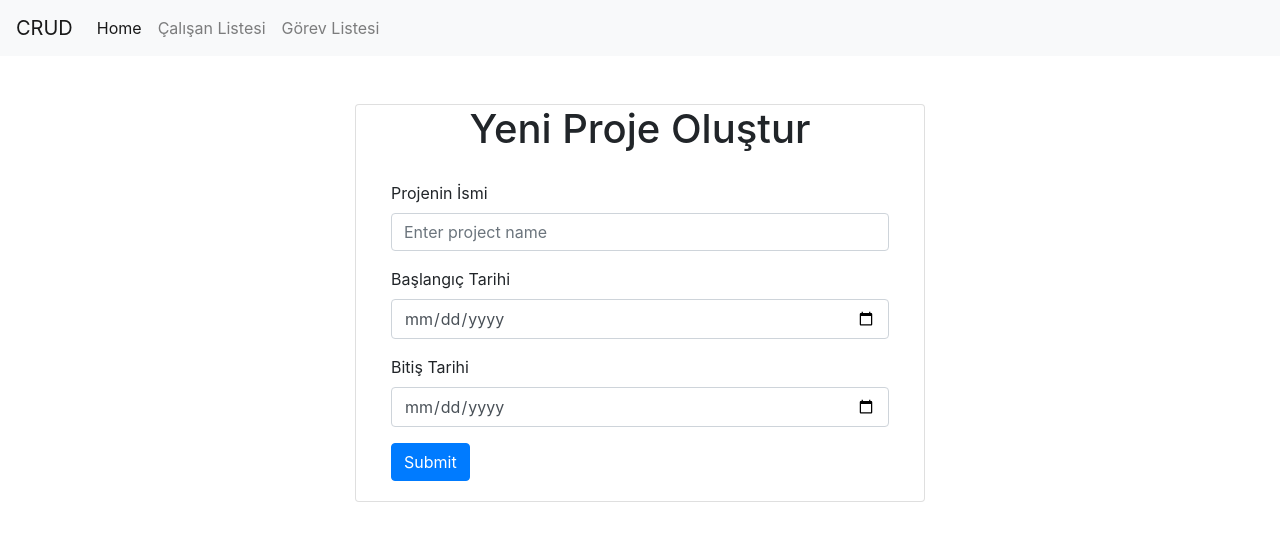
Repository: AhmetOzgul/veri_Taban-_proje
Page: http://localhost/create_project
An editor plug-in stored every save of this project. The page is shown before and after the next save, followed by the edit.
The browser window is 1280 px wide. The pictures show the whole page.
The page is this project's Thymeleaf template; nobody is signed in. The template is opened directly, without the code that normally fills it, so the values that code supplies are empty.

Above is the page before, as saved 2024-01-18 10:53:02.

### vtys2/vtys/src/main/resources/templates/create_project.html
<!DOCTYPE html>
<html lang="en" xmlns:th="http://www.thymeleaf.org">
<head>
    <meta charset="UTF-8">
    <meta name="viewport" content="width=device-width, initial-scale=1.0">
    <title>project Managements</title>
    <link rel="stylesheet" href="https://cdn.jsdelivr.net/npm/bootstrap@4.0.0/dist/css/bootstrap.min.css" integrity="sha384-Gn5384xqQ1aoWXA+058RXPxPg6fy4IWvTNh0E263XmFcJlSAwiGgFAW/dAiS6JXm" crossorigin="anonymous">
</head>
<body>
	<nav class="navbar navbar-expand-lg navbar-light bg-light">
		<a class="navbar-brand" href="#">CRUD</a>
		<button class="navbar-toggler" type="button" data-toggle="collapse" data-target="#navbarNav" aria-controls="navbarNav" aria-expanded="false" aria-label="Toggle navigation">
		  <span class="navbar-toggler-icon"></span>
		</button>
		<div class="collapse navbar-collapse" id="navbarNav">
		  <ul class="navbar-nav">
			<li class="nav-item active">
			  <a class="nav-link" href="/">Home<span class="sr-only">(current)</span></a>
			</li>
			<li class="nav-item">
			  <a class="nav-link" href="/users">Çalışan Listesi</a>
			</li>
			<li class="nav-item">
				<a class="nav-link" href="/tasks">Görev Listesi</a>
			  </li>
		  </ul>
		</div>
	  </nav>
	  <br>
	</br>
    <div class="container">
		<div class="row">
			<div class="col-lg-6 col-md-6 col-sm-6 container justify-content-center card">
				<h1 class="text-center"> Yeni Proje Oluştur</h1>
				<div class="card-body">

					<form th:action="@{/projects/add}" th:object="${project}" method="POST">
						<div class="form-group">
							<label>Projenin İsmi</label>
							<input
							type="text"
							name="projectName"
							th:field="*{projectName}"
							class="form-control"
							placeholder="Enter project name "
							/>
						</div>
						<div class="form-group">
							<label>Başlangıç Tarihi</label>
							<input
							type="date"
							name="startDate"
							th:field="*{startDate}"
							class="form-control"
							placeholder="Enter project's Last Name "
							/>
						</div>
						<div class="form-group">
							<label>Bitiş Tarihi</label>
							<input
							type="date"
							name="endDate"
							th:field="*{endDate}"
							class="form-control"
							placeholder="Enter project's E-mail "
							/>
						</div>
						<div class="box-footer">
							<button type="submit" class="btn btn-primary">Submit</button>
						</div>
					</form>
				</div>
			</div>
		</div>
	</div>
</body>
</html>

After the next save:
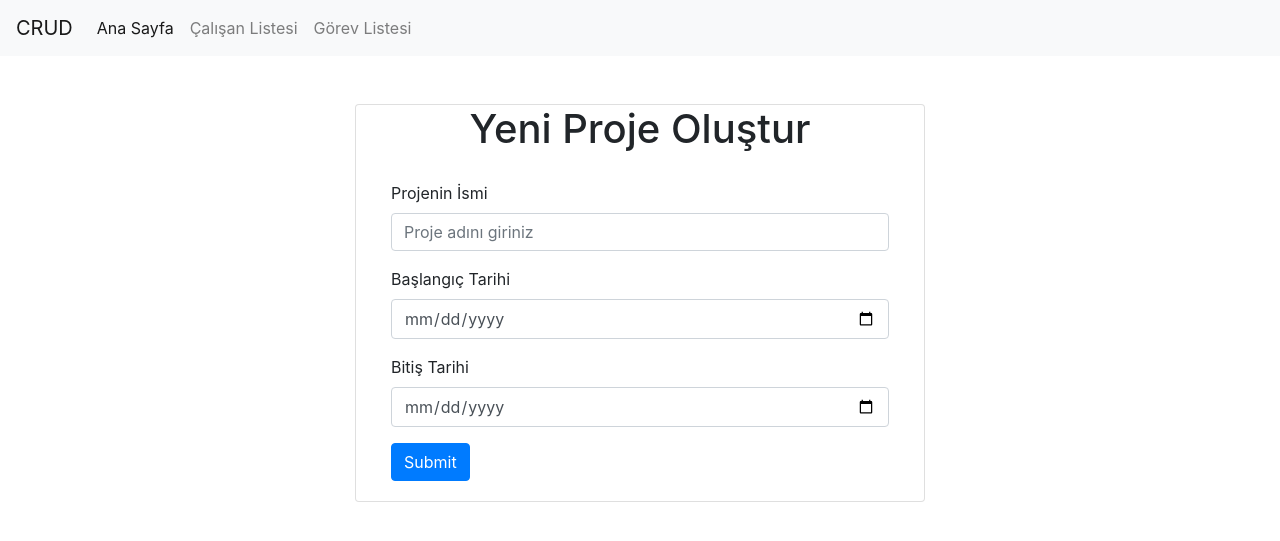
Saved 5 min 47 s later.
--- a/vtys2/vtys/src/main/resources/templates/create_project.html
+++ b/vtys2/vtys/src/main/resources/templates/create_project.html
@@ -15,7 +15,7 @@
 		<div class="collapse navbar-collapse" id="navbarNav">
 		  <ul class="navbar-nav">
 			<li class="nav-item active">
-			  <a class="nav-link" href="/">Home<span class="sr-only">(current)</span></a>
+			  <a class="nav-link" href="/">Ana Sayfa<span class="sr-only">(current)</span></a>
 			</li>
 			<li class="nav-item">
 			  <a class="nav-link" href="/users">Çalışan Listesi</a>
@@ -42,7 +42,7 @@
 							name="projectName"
 							th:field="*{projectName}"
 							class="form-control"
-							placeholder="Enter project name "
+							placeholder="Proje adını giriniz "
 							/>
 						</div>
 						<div class="form-group">
@@ -52,7 +52,7 @@
 							name="startDate"
 							th:field="*{startDate}"
 							class="form-control"
-							placeholder="Enter project's Last Name "
+							placeholder="Proje başlangıç tarihini giriniz"
 							/>
 						</div>
 						<div class="form-group">
@@ -62,7 +62,7 @@
 							name="endDate"
 							th:field="*{endDate}"
 							class="form-control"
-							placeholder="Enter project's E-mail "
+							placeholder="Proje bitiş tarihini giriniz "
 							/>
 						</div>
 						<div class="box-footer">
